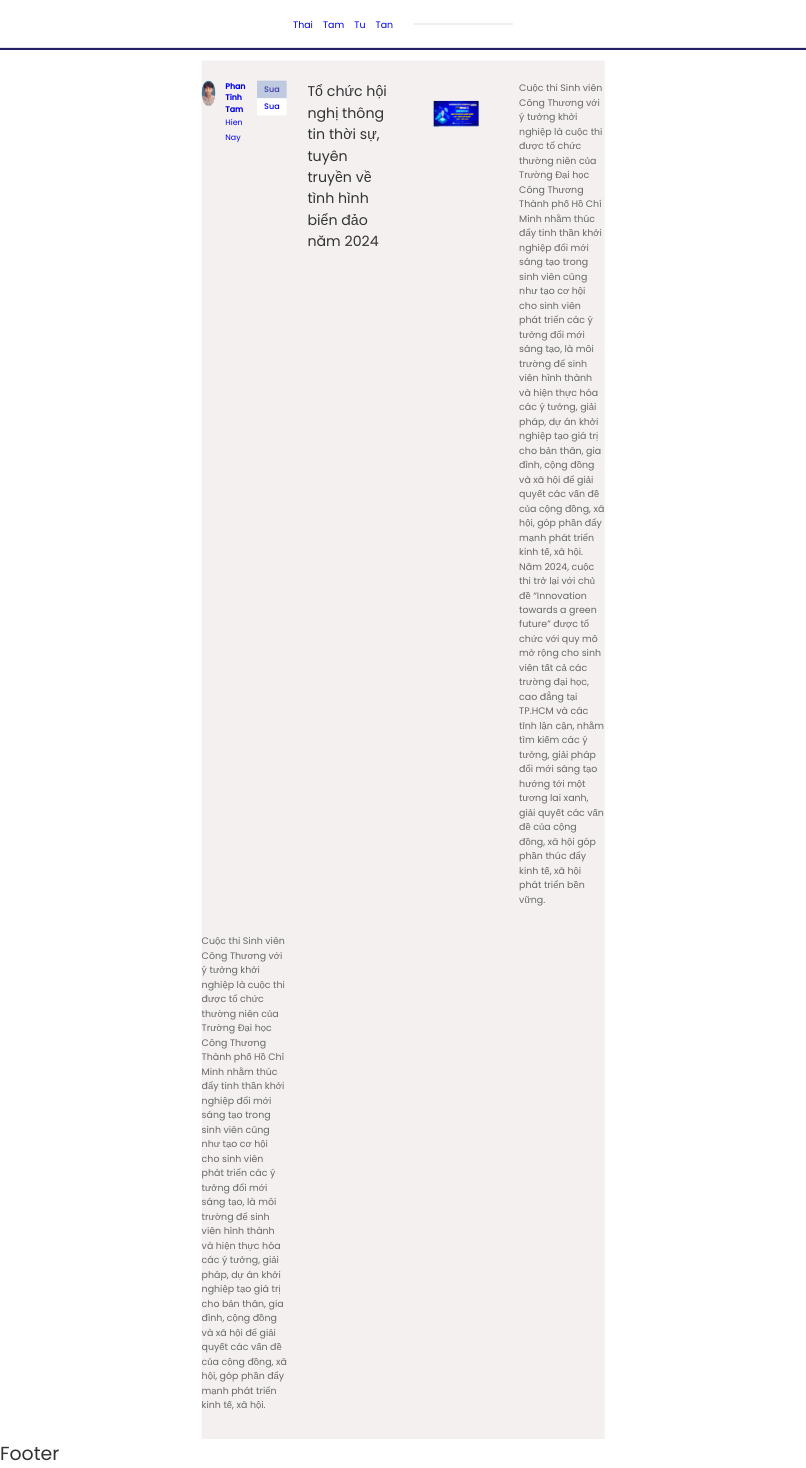
Repository: phantinhtam/IT_Moments
Page: /posts/1 (app in client/)
These files come from the project's save history. The page is drawn as it stood at one moment and after a run of saves; the edit follows.
The browser window is 1280 px wide. The pictures show the whole page, at 63% of full size.
The project was rebuilt for these pictures with package versions that can differ from the ones it lists, and the page was loaded fresh each time. Also part of the build but not shown: client/src/pages/ErrorPage.jsx, client/src/comporments/PostItem.jsx, client/src/data.js, client/src/comporments/Posts.jsx, client/src/pages/Home.jsx, client/src/pages/Create.jsx, client/src/pages/Authors.jsx.

Above is the page before, as saved 2024-08-22 14:47:26.

### client/public/index.html
<!DOCTYPE html>
<html lang="en">
  <head>
    <meta charset="utf-8" />
    <meta name="viewport" content="width=device-width, initial-scale=1" />
    <meta name="theme-color" content="#000000" />
    <meta
      name="description"
      content="Web site created using create-react-app"
    />


    <title>React App</title>
  </head>
  <body>
    <noscript>You need to enable JavaScript to run this app.</noscript>
    <div id="root"></div>

  </body>
</html>

### client/src/index.js
import React from 'react';
import ReactDOM from 'react-dom/client';
import {RouterProvider, createBrowserRouter } from 'react-router-dom';
import './index.css';
import Layout from './comporments/Layout';
import ErrorPage from './pages/ErrorPage';
import Home from './pages/Home';
import PostDetail from './pages/PostDetail';
import Create from './pages/Create'
import Authors from './pages/Authors'



const router = createBrowserRouter([
  {
    path: "/",
    element:<Layout/>,
    errorElement: <ErrorPage/>,
    children: [
         {index: true, element: <Home /> },
         {path: "posts/:id", element: <PostDetail />},
         {path: "authors", element: <Authors />},
         {path: "create", element: <Create />},



    ]

  }
])

const root = ReactDOM.createRoot(document.getElementById('root'));
root.render(
  <React.StrictMode>
    <RouterProvider router={router}/>
  </React.StrictMode>
);

### client/src/index.css
/*=============== GOOGLE FONTS ===============*/
@import url("https://fonts.googleapis.com/css2?family=Lora:wght@400;500&family=Poppins:wght@400;500&display=swap");

/*=============== VARIABLES CSS ===============*/
:root {
  --header-height: 3.5rem;

  /*========== Colors ==========*/
  /*Color mode HSL(hue, saturation, lightness)*/
  --first-color: hsl(237, 57%, 55%);
  --second-color: hsl(221, 76%, 47%);
  --gradient-color: linear-gradient(75deg,
      var(--second-color) 12%,
      var(--first-color) 90%);
  --first-color-light: hsl(245, 53%, 26%);
  --first-color-dark: hsl(201, 41%, 46%);
  --title-color: hsl(260, 80%, 18%);
  --text-color: hsl(260, 24%, 32%);
  --text-color-light: hsl(260, 16%, 65%);
  --white-color: hsl(0, 0%, 100%);
  --body-color: hsl(260, 100%, 97%);
  --container-color: hsl(0, 0%, 100%);

  /*========== Font and typography ==========*/
  /*.5rem = 8px | 1rem = 16px ...*/
  --body-font: "Poppins", sans-serif;
  --second-font: "Lora", serif;
  --biggest-font-size: 2.75rem;
  --bigger-font-size: 2rem;
  --big-font-size: 1.75rem;
  --h1-font-size: 1.5rem;
  --h2-font-size: 1.25rem;
  --h3-font-size: 1rem;
  --normal-font-size: .938rem;
  --small-font-size: .813rem;
  --smaller-font-size: .75rem;

  /*========== Font weight ==========*/
  --font-width: 50%;
  --font-medium: 500;

  /*========== z index ==========*/
  --z-tooltip: 10;
  --z-fixed: 100;
}

/*========== Responsive typography ==========*/
@media screen and (min-width: 1152px) {
  :root {
    --container-color: #f0f0f0;
    --first-color: hsl(221, 33%, 81%);
    --title-color: #333;
    --text-color: #666;
    --body-color: #fff;
  }
}

/*=============== BASE ===============*/
* {
  box-sizing: border-box;
  padding: 0;
  margin: 0;
}

html {
  scroll-behavior: smooth;
}

body,
input,
button {
  font-family: var(--body-font);
  font-size: var(--normal-font-size);
}

body {
  background-color: var(--body-color);
  color: var(--text-color);
}

h1,
h2,
h3,
h4 {
  color: var(--title-color);
  font-weight: var(--font-regular);
}

ul {
  list-style: none;
}

a {
  text-decoration: none;
}

img {
  max-width: 100%;
  height: auto;
}

/*============Header===========*/

section {
  margin-top: 6rem;
}

.container {
  width: var(--container-color);
  margin-inline: auto;
}

.btn {
  display: inline-block;
  width: fit-content;
  padding: 0.55rem 1rem;
  border-radius: var(--gradient-color);
  background: var(--white-color);
  font-weight: 400;
  cursor: pointer;
  transition: all;
}

.btn.primary {
  background: var(--first-color);
  color: rgb(59, 59, 170);
}

.btn.category {
  background: var(--body-color);
  color: var(--first-color-light);
  font-size: 0.75rem;
  font-weight: 400;
}

.btn.sm {
  font-size: 0.8rem;
  padding: 0.3rem 0.7rem;
  font-weight: 500;
}


.center {
  text-align: center;
  padding-top: 5rem;
  margin-inline: center;
  display: block;
  width: 100%;
}

/*============================= NAVIGATION ==========================*/
nav {
  width: 100%;
  height: 5rem;
  display: grid;
  place-items: center;
  background: rgba(255, 255, 255, 0.5);
  position: fixed;
  top: 0;
  left: 0;
  z-index: 1;
  border-bottom: 4px solid var(--first-color-light);
  backdrop-filter: blur(20px);
}

.nav__container {
  display: flex;
  justify-content: space-between;
  align-items: center;
  height: 100%;
}

.nav__menu {
  display: flex;
  align-items: center;
  gap: 1rem;
}

/*============================= POSTS ==========================*/
.container {
  display: grid;
  grid-template-columns: repeat(4, 1fr);
  gap: 2rem;
}

.post__container {
  grid-column: 1 / 4;
  display: grid;
  grid-template-columns: repeat(3, 1fr);
  gap: 2rem;
  padding: 2rem;
}

.post__container img {
  width: 400px;
  height: 200px;
}

.post {
  background: var(--container-color);
  border-radius: var(--first-color);
  padding: 1rem;
  transition: box-shadow 0.3s ease-in-out;
  cursor: pointer;
  display: flex;
  flex-direction: column;
  height: 100%;
}

.post:hover {
  box-shadow: 0 4px 8px rgba(0, 0, 0, 0.2);
}

.post__thumbnail {
  border-radius: var(--body-color);
  overflow: hidden;
  margin-bottom: 10px;
}

.post__thumbnail img {
  width: 100%;
  height: 200px;
  object-fit: cover;
  transition: transform 0.3s ease-in-out;
}

.post__thumbnail img:hover {
  transform: scale(1.05);
}

.post__content {
  display: flex;
  flex-direction: column;
  justify-content: space-between;
  height: 100%;
}

.post__content h3 {
  margin: 0.5rem 0 0.6rem;
  font-size: 1.2rem;
  font-weight: bold;
  min-height: 2.5rem;
  max-height: 2.5rem;
  overflow: hidden;
  text-overflow: ellipsis;
  white-space: nowrap;
  color: var(--title-color);
}

.post__content p {
  margin: 0.5rem 0;
  font-size: 0.9rem;
  color: var(--text-color);
  min-height: 3rem;
  max-height: 4rem;
  overflow: hidden;
  text-overflow: ellipsis;
}

.post__footer {
  display: flex;
  justify-content: space-between;
  align-items: flex-end;
  margin-top: 2rem;
}

.post__author {
  display: flex;
  align-items: flex-start;
  gap: 1rem;
}

.post__author-avatar {
  width: 2.5rem;
  height: 2.5rem;
  border-radius: 50%;
  overflow: hidden;
}

.post__author-avatar img {
  width: 100%;
  height: 100%;
  object-fit: cover;
  margin-bottom: 10px;
}

/*======================Sidear==============================*/
.sidebar {
  grid-column: 4 / 5;
  padding: 20px 10px;
  background: #fff;
  margin-top: 45px;
}

.sidebar .LeftSide {
  display: flex;
  flex-direction: column;
}

.sidebar .LeftSide .Title-Left {
  padding: 20px 30px;
  border-top: 2px solid #d5d5d5;
}

.sidebar .LeftSide .Title {
  padding: 20px 30px;
  border-top: 2px solid #d5d5d5;
}

.sidebar .LeftSide .Title h3 {
  font-size: 20px;
  color: #000;
}

.sidebar .LeftSide .Title-Left h3 {
  font-size: 26px;
  color: #393939;
}

.sidebar .LeftSide .Title-Left a {
  font-size: 16px;
  color: #000000;

}

.sidebar .LeftSide .Title ul {
  margin-top: 20px;
  color: #000;
}

.sidebar .LeftSide .Title .font_post {
  margin-top: 10px;
}

.font_post {
  padding-left: 10px;
  color: #000;
  margin-top: 10px;
}

.sidebar .LeftSide .Title-Left ul {
  margin-top: 20px;
}

.sidebar .LeftSide .Title-Left ul li {
  list-style: none;
  margin-top: 5px;
  font-weight: 600;
  cursor: pointer;
}
.post-sidebar__thumbnail{
  max-height: 30rem;
  overflow: hidden;
  margin: 10px 0 0 10px;
}

/*======================= Post Detail==========================*/

.post-detail {
  width: var(--font-width);
  background: #f4f0f0;
  margin-inline: auto;
  padding: 2rem 0;
}

.post-detail__header {
  display: flex;
  justify-content: space-between;
  margin-bottom: 1.5rem;
}

.post-detail__buttons {
  gap: 5rem;
  align-items: center;
  max-width: 10rem;
}

.post-detail__thumbnail {
  margin: 2rem;
  height: fit-content;
  max-height: 30rem;
  overflow: hidden;
}

.post-detail p {
  margin-bottom: 0.7rem;
}

### client/src/comporments/Layout.jsx
import React from 'react'
import{Outlet} from "react-router-dom"


import Header from './Header'
import Footer from './Footer'

const Layout = () => {
  return (
    <>
      <Header/>
         <Outlet/>

      <Footer/>
    </>
  )
}

export default Layout

### client/src/pages/PostDetail.jsx
import React from 'react'
import PostAuthor from '../comporments/PostAuthor'
import { Link } from 'react-router-dom'
import Thumbnail from '../images/ban-ket-cuoc-thi-khoi-nghiep-2024.jpg'
const PostDetail = () => {
    return (
        <section className="post-detail">
            <div className="container post-detail__container">
                <div className="post-detail__header">
                    <PostAuthor />
                    <div className="post-detail__buttons">
                        <Link to={`posts/werwer/edit`} className='btn sm primary'>Sua</Link>
                        <Link to={`posts/werwer/delete`} className='btn sm danger'>Sua</Link>
                    </div>
                </div>
                <h1>Tổ chức hội nghị thông tin thời sự, tuyên truyền về tình hình biển đảo năm 2024</h1>
                <div className="post-detail__thumbnail">
                    <img src={Thumbnail} alt="" />
                </div>
                <p>
                    Cuộc thi Sinh viên Công Thương với ý tưởng khởi nghiệp là cuộc thi được tổ chức thường niên của Trường Đại học
                    Công Thương Thành phố Hồ Chí Minh nhằm thúc đẩy tinh thần khởi nghiệp đổi mới sáng tạo trong sinh viên cũng như
                    tạo cơ hội cho sinh viên phát triển các ý tưởng đổi mới sáng tạo, là môi trường để sinh viên hình thành và hiện
                    thực hóa các ý tưởng, giải pháp, dự án khởi nghiệp tạo giá trị cho bản thân, gia đình, cộng đồng và xã hội để giải
                    quyết các vấn đề của cộng đồng, xã hội, góp phần đẩy mạnh phát triển kinh tế, xã hội. Năm 2024, cuộc thi trở lại với
                    chủ đề “Innovation towards a green future” được tổ chức với quy mô mở rộng cho sinh viên tất cả các trường đại học,
                    cao đẳng tại TP.HCM và các tỉnh lận cận, nhằm tìm kiếm các ý tưởng, giải pháp đổi mới sáng tạo hướng tới một tương lai xanh,
                    giải quyết các vấn đề của cộng đồng, xã hội góp phần thúc đẩy kinh tế, xã hội phát triển bền vững.
                </p>
                <p>
                    Cuộc thi Sinh viên Công Thương với ý tưởng khởi nghiệp là cuộc thi được tổ chức thường niên của
                    Trường Đại học Công Thương Thành phố Hồ Chí Minh nhằm thúc đẩy tinh thần khởi nghiệp đổi mới sáng tạo
                    trong sinh viên cũng như tạo cơ hội cho sinh viên phát triển các ý tưởng đổi mới sáng tạo, là môi trường
                    để sinh viên hình thành và hiện thực hóa các ý tưởng, giải pháp, dự án khởi nghiệp tạo giá trị cho bản thân,
                    gia đình, cộng đồng và xã hội để giải quyết các vấn đề của cộng đồng, xã hội, góp phần đẩy mạnh phát triển kinh tế, xã hội.
                </p>
            </div>
        </section>
    )
}
export default PostDetail

### client/src/comporments/Header.jsx
 import React from 'react'
 import { Link } from 'react-router-dom'

 const Header = () => {
   return (
    <nav>
      <div className="container nav__container">
        <Link to="/" className="nav__logo">
        <img src="" alt=""/>
        </Link>

        <ul className="nav__menu">
          <li><Link to="/profile" >Thai </Link></li>
          <li><Link to="/create" >Tam </Link></li>
          <li><Link to="/authors" >Tu </Link></li>
          <li><Link to="/logout" >Tan</Link></li>
        </ul>
        <button className="nav__toggle-btn" ></button>
      </div>
    </nav>
   )
 }

 export default Header

### client/src/comporments/PostAuthor.jsx
import React from 'react'
import { Link } from 'react-router-dom'
import Avatar from '../images/avt_cv.jpg'

const PostAuthor = () => {
  return (
<Link to={`/posts/users/sdfsdf`} className='post__author'>
<div className="post__author-avatar">
  <img src={Avatar} alt=""/>
</div>
<div className="post__author-detail">
  <h5> Phan Tinh Tam</h5>
  <small>Hien Nay</small>
</div>

</Link>
  )
}

export default PostAuthor

Loaded but not shown: client/src/comporments/Footer.jsx (common file)

After the next 2 saves:
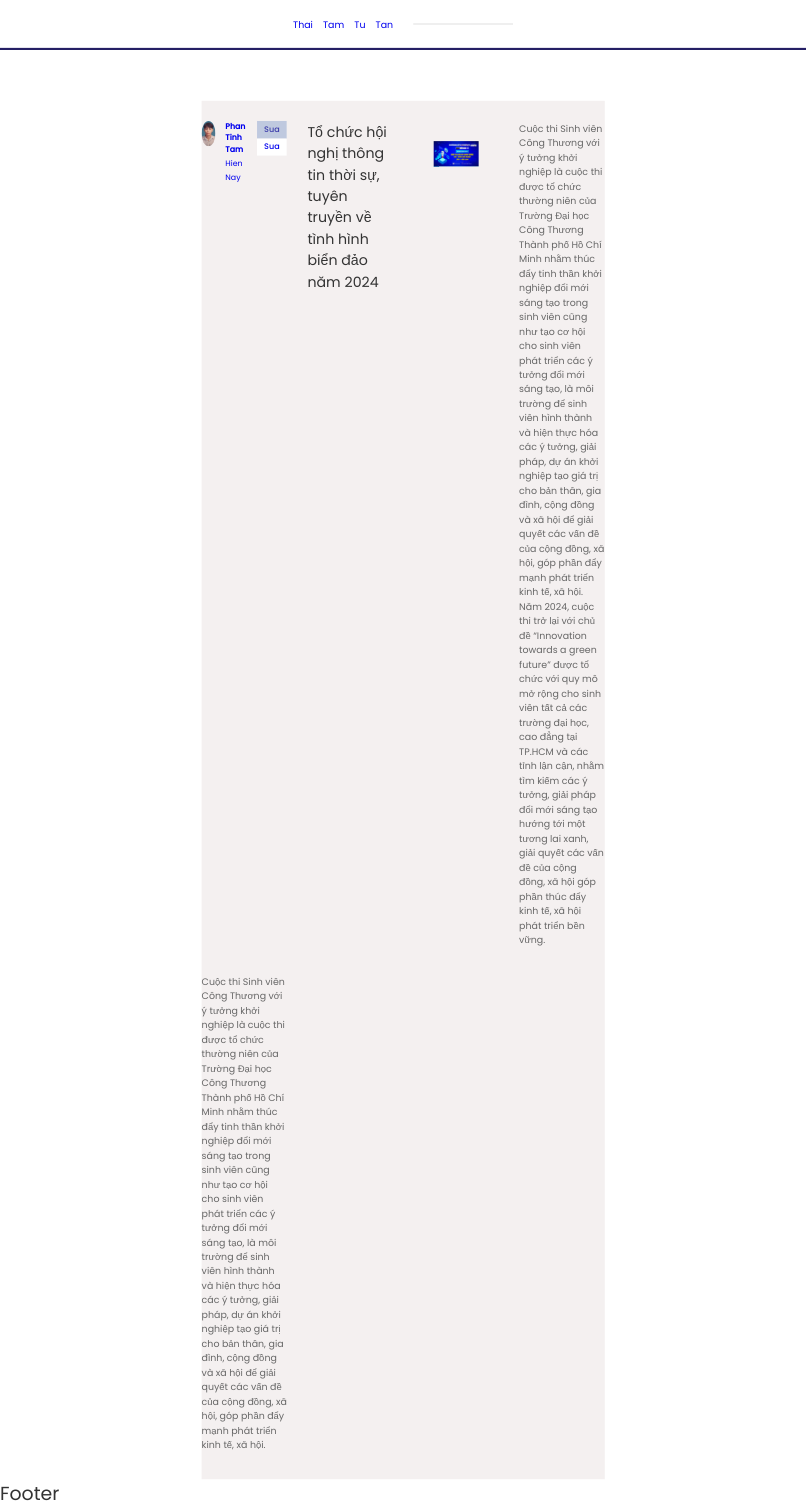
The 2 saves are shown as one change because they came seconds apart.
The last was saved 14 s later.
--- a/client/src/index.css
+++ b/client/src/index.css
@@ -102,7 +102,7 @@
 /*============Header===========*/
 
 section {
-  margin-top: 6rem;
+  margin-top: 10rem;
 }
 
 .container {
